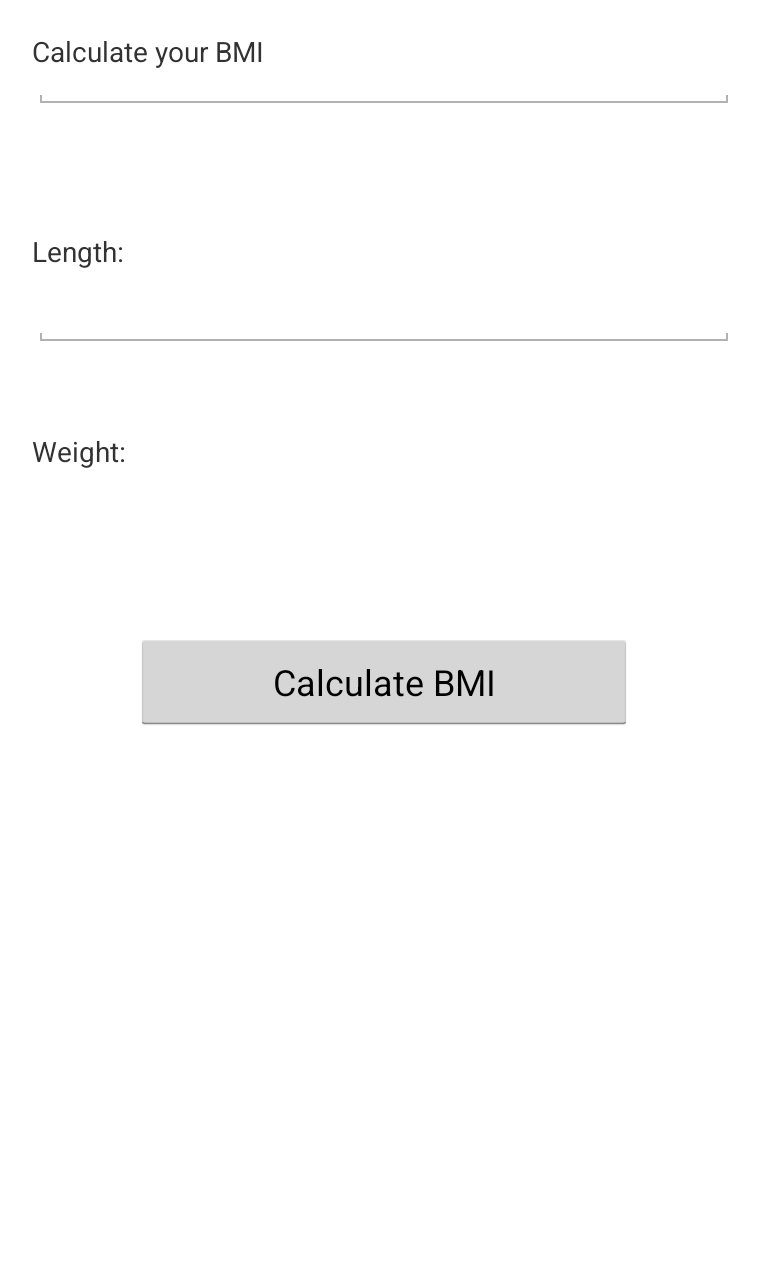
Repository: me222rs/AndroidLab1
Layout: BMI/res/layout/activity_main.xml
The author's editor kept a copy of each file at every save. The layout is drawn from the files as they stood at one save, then again after the next save.
It is drawn on a 768 x 1280 px phone screen (xhdpi) without system bars, with theme AppTheme; the app's code is not run.

Above is the layout before, as saved 2014-11-17 10:40:23.

After the next save:
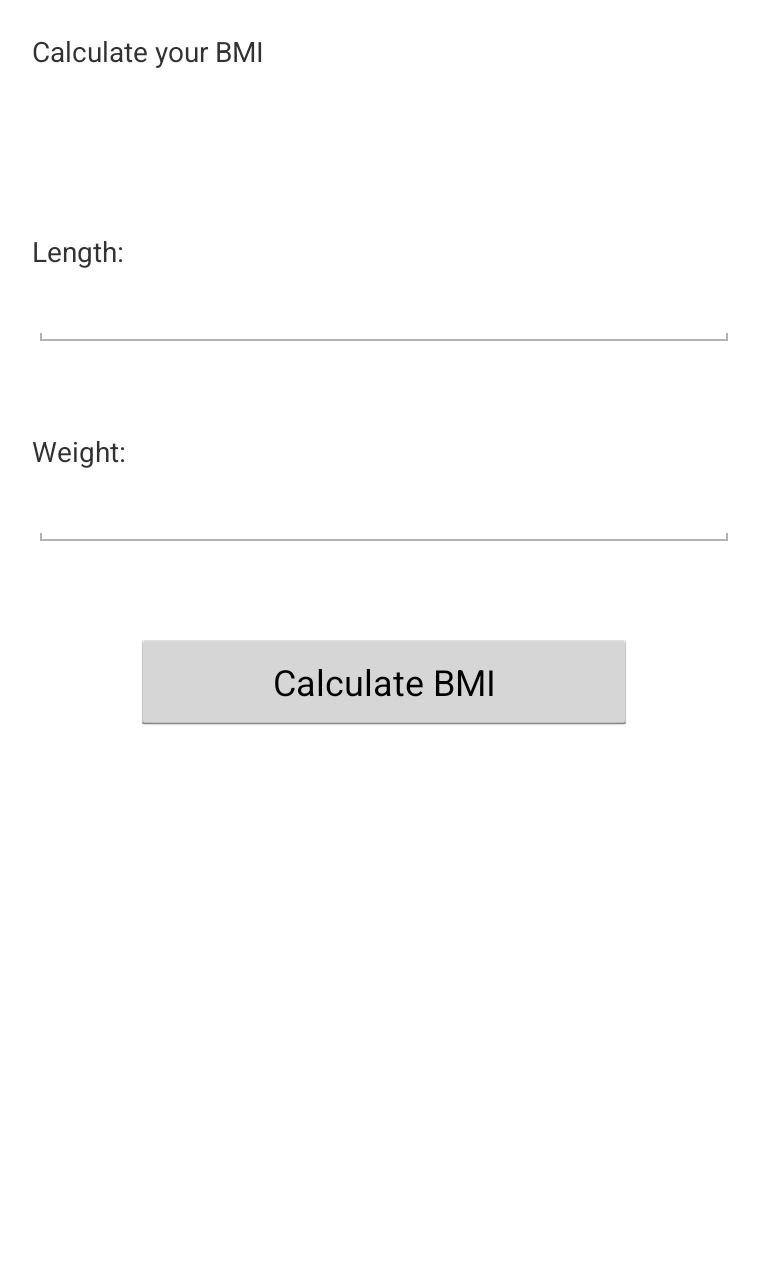
Saved 2 min 13 s later.
--- a/BMI/res/layout/activity_main.xml
+++ b/BMI/res/layout/activity_main.xml
@@ -39,6 +39,7 @@
         android:layout_marginTop="200dp"/>
 
         <EditText android:id="@+id/weight"
+        android:layout_below="@id/weightLabel"
         android:inputType="number"
 		android:layout_width="match_parent"
 		android:layout_height="wrap_content"/>
